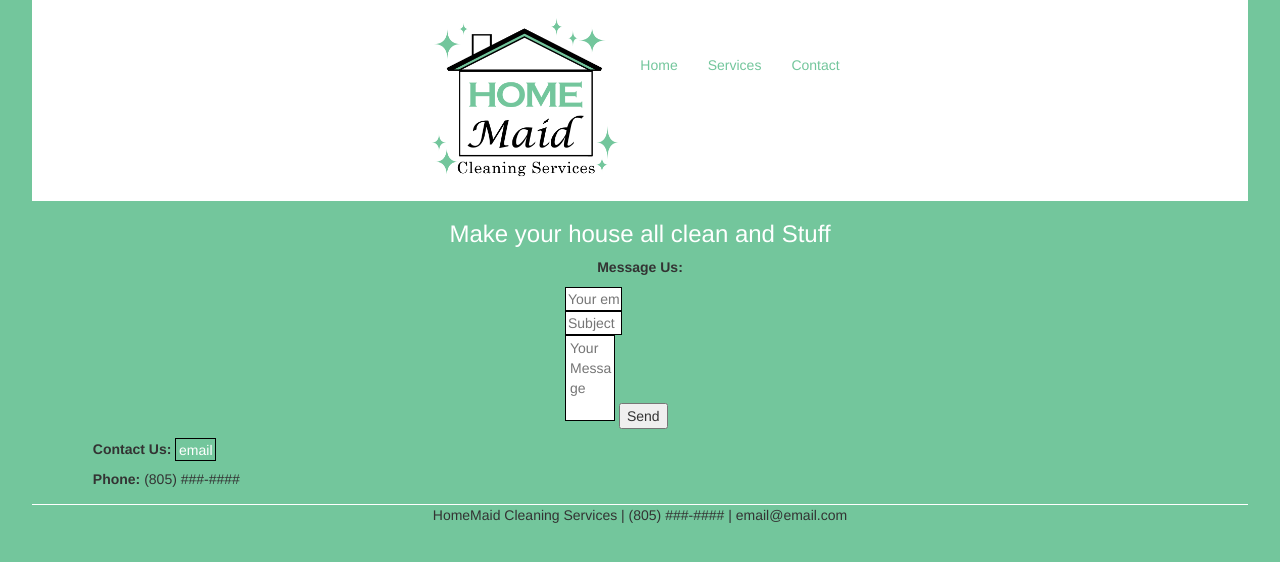
Repository: alprusa/HomeMaid-Cleaning-Service
Page: HomeMaid-Cleaning-Service/contact/index.html
An editor plug-in stored every save of this project. The page is shown before and after the next save, followed by the edit.
The browser window is 1280 px wide. The pictures show the whole page.

Above is the page before, as saved 2016-07-27 02:22:18.

### HomeMaid-Cleaning-Service/contact/index.html
<!DOCTYPE html>
<html lang="en">
	<head>
		<meta charset="utf-8">

		<!-- Always force latest IE rendering engine (even in intranet) & Chrome Frame
		Remove this if you use the .htaccess -->
		<meta http-equiv="X-UA-Compatible" content="IE=edge,chrome=1">

		<title>Contact</title>
		<meta name="description" content="">
		<meta name="author" content="Alisa Prusa">

		<meta name="viewport" content="width=device-width; initial-scale=1.0">

		<!-- Replace favicon.ico & apple-touch-icon.png in the root of your domain and delete these references -->
		<link rel="shortcut icon" href="/favicon.ico">
		<link rel="apple-touch-icon" href="/apple-touch-icon.png">

		<link href="../defaultStyle.css" rel="stylesheet" type="text/css">
		<link href="contact.css" rel="stylesheet" type="text/css">
		<link rel="stylesheet" href="../bootstrap/css/bootstrap.min.css">
	</head>

	<body>
		<div id="mainContainter">
			<!--Navbar html section-->
			<nav class="navbar navbar-static-top" role="navigation">
                <div class="container-fluid">
                	<div class="navbar-header">
                        <!--Button that is created for menu when screen size reaches a certain limit-->
                        <button type="button" class="navbar-toggle" data-toggle="collapse" data-target=".navbar-collapse">
                            <span class="icon-bar"></span>
                            <span class="icon-bar"></span>
                            <span class="icon-bar"></span>
                        </button>
       				 </div>

                    <!--Buttons to go to different pages of the website-->
                    <div class="collapse navbar-collapse" id="navItems">
                        <ul class="nav navbar-nav">
                        	<li>
								<div class="navbar-header">
                        			<!--Logo image button to go make to main page-->
                       				 <a href="../"><img src="../img/HMLogo.png" class="img-responsive" id="logo"/></a>
                       				 <!--<form action="#">
										 <button type="submit" id="appointment" href="#">Make an Appointment</button>
									 </form>-->
                   				 </div>
	                        </li>
                            <li class="navTabs"><a href="../">Home</a></li>
							<li class="navTabs"><a href="../services/">Services</a></li>
							<li class="navTabs"><a href="../contact/">Contact</a></li>
                        </ul>
                    </div>
                </div>
			</nav>

			<div id="bodyContent">
				<h3 style="text-align: center;">Make your house all clean and Stuff</h3>

				<form action="#">
	 				<p style="text-align: center;"><b>Message Us:</b></p>
					<input type="text" class="formBox" name="email" id="email" placeholder="Your email" size="4" required><br>
					<input type="text" class="formBox" name="Subject" id="Subject" placeholder="Subject" size="4" required><br>
					<textarea type="text" class="formBox" name="Message" rows=4 id="Message" placeholder="Your Message" size="4" required></textarea>
					<input id="submitButton" class="gVButton" type="submit" value="Send" size="4" style="margin-top: 5px;">
					<p style="color: #E82C0C;" id="errorText" class="hidden">Sorry there was an issue sending your message.</p>
	 			</form>

		        <div class="infoSection">
		        	<p><b>Contact Us:</b>
			        <a id="emails" href="mailto:homemaidcleaningservices@yahoo.com?subject=Golden View Senior Services">
                     	<mark>email</mark>
                     </a></p>
			        <p><b>Phone: </b>(805) ###-####</p>
		        </div>
			</div>

			<footer>
				<p>
					HomeMaid Cleaning Services | (805) ###-#### | email@email.com
				</p>
			</footer>
		</div>

		<script src="../jquery-1.2.0.js"></script>
    	<script src="../bootstrap/js/bootstrap.min.js"></script>
	</body>
</html>

### HomeMaid-Cleaning-Service/defaultStyle.css
body{
	background-color: #73C69C !important;
}

#mainContainter{
	width: 95%;
	margin: auto;
	background-color: #73C69C !important;
}

a{
	color: #73C69C !important;
}

mark{
	color:#FFFFFF !important;
	background-color: #73C69C !important;
	border: 1px #000000 solid;
}

mark:hover{
	color:#73C69C !important;
	background-color: #FFFFFF !important;
	text-decoration: underline;
	text-decoration-color: #000000 !important;
}

h3{
	color: #FFFFFF !important;
}

.navbar{
    background-color: #FFFFFF !important;
    text-align: center;
    float:center;
}

.navbar .navbar-nav {
  display: inline-block;
  float: none;
  vertical-align: top;
}

.navbar .navbar-collapse {
  text-align: center;
}

.navbar .navbar-toggle .icon-bar{
  background-color: #73C69C !important;
}

.navbar .navbar-toggle{
  border-color: #73C69C !important;
}

/*make it so the logo home page button does not have the hover effect that the other buttons have*/
a:hover,
a:focus{
    text-decoration: underline !important;
	color:#FFFFFF !important;
	background-color: #73C69C !important;
	text-decoration-color:#000000 !important;
}

.navTabs{
	padding-top: 40px;
}

#logo{
	margin: auto;
    width:200px;
}

#appointment{
	border-radius:2px;
	background-color: #73C69C !important;
	color:#FFFFF !important;
}

#bodyContent{
	margin: auto;
	float: center;
}

#videoContainer{
	margin: auto;
	float: center;
}

#mainVid{
	margin: auto;
	width: 600px;
	float: center;
}

.infoSection{
	width: 90%;
	margin: auto;
	padding-bottom: 50px;
}

.infoImg{
	width: 200px;
	height: 100px;
	margin: auto;
	border: 2px black solid;
	margin-top: 5px;
}

footer{
	border-top: 1px white solid;
	text-align: center;
}

@media screen and (orientation:portrait)
{
	.navTabs{
		padding: 0;
	}
}

### HomeMaid-Cleaning-Service/contact/contact.css
textarea {
   resize: none;
   margin: auto;
   padding-left: 4px;
   width: 50px;
}

form{
	margin: auto;
	width: 150px;

}

#submitButton{
	margin: auto;
	float: center;
}

.infoSection{
	padding-top: 10px;
	padding-bottom: 5px;
	margin: auto;
}

.formBox{
	border: 1px black solid;

}

Loaded but not shown: HomeMaid-Cleaning-Service/bootstrap/css/bootstrap.min.css (library); HomeMaid-Cleaning-Service/jquery-1.2.0.js (library); HomeMaid-Cleaning-Service/bootstrap/js/bootstrap.min.js (library)

After the next save:
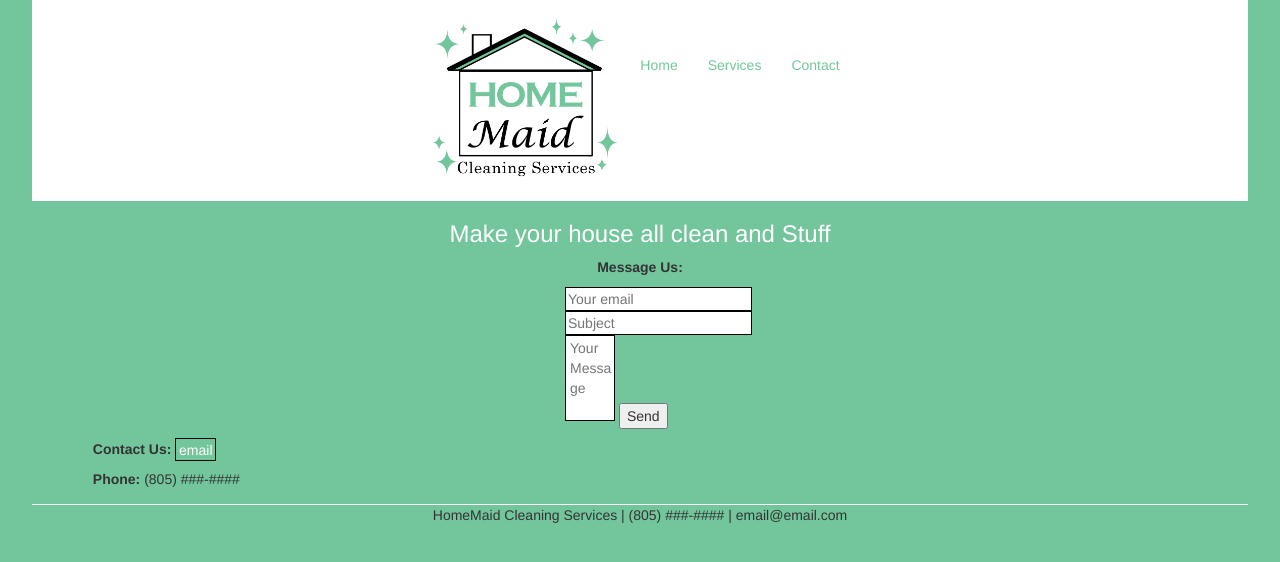
Saved 6 s later.
--- a/HomeMaid-Cleaning-Service/contact/index.html
+++ b/HomeMaid-Cleaning-Service/contact/index.html
@@ -61,10 +61,10 @@
 
 				<form action="#">
 	 				<p style="text-align: center;"><b>Message Us:</b></p>
-					<input type="text" class="formBox" name="email" id="email" placeholder="Your email" size="4" required><br>
-					<input type="text" class="formBox" name="Subject" id="Subject" placeholder="Subject" size="4" required><br>
-					<textarea type="text" class="formBox" name="Message" rows=4 id="Message" placeholder="Your Message" size="4" required></textarea>
-					<input id="submitButton" class="gVButton" type="submit" value="Send" size="4" style="margin-top: 5px;">
+					<input type="text" class="formBox" name="email" id="email" placeholder="Your email" required><br>
+					<input type="text" class="formBox" name="Subject" id="Subject" placeholder="Subject" required><br>
+					<textarea type="text" class="formBox" name="Message" rows=4 id="Message" placeholder="Your Message" required></textarea>
+					<input id="submitButton" class="gVButton" type="submit" value="Send" style="margin-top: 5px;">
 					<p style="color: #E82C0C;" id="errorText" class="hidden">Sorry there was an issue sending your message.</p>
 	 			</form>
 
